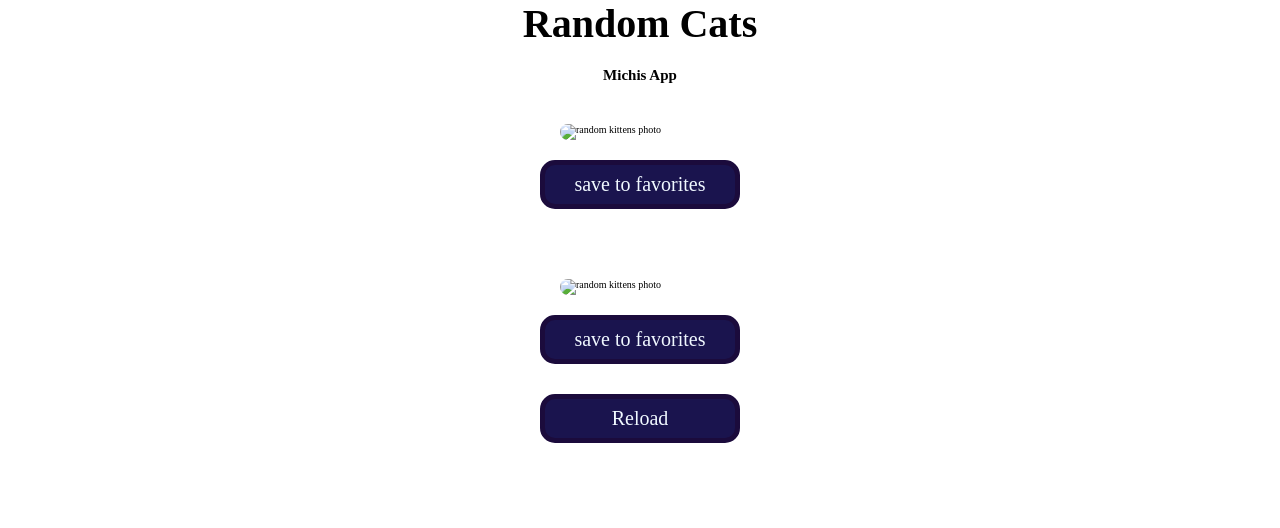
Repository: elto82/ConsumoAPIRESTjs
Page: index.html
An editor plug-in stored every save of this project. The page is shown before and after the next save, followed by the edit.
The browser window is 1280 px wide. The pictures show the whole page.
The page's requests for data from a server got no answer.

Above is the page before, as saved 2022-07-03 20:18:33.

After the next save:
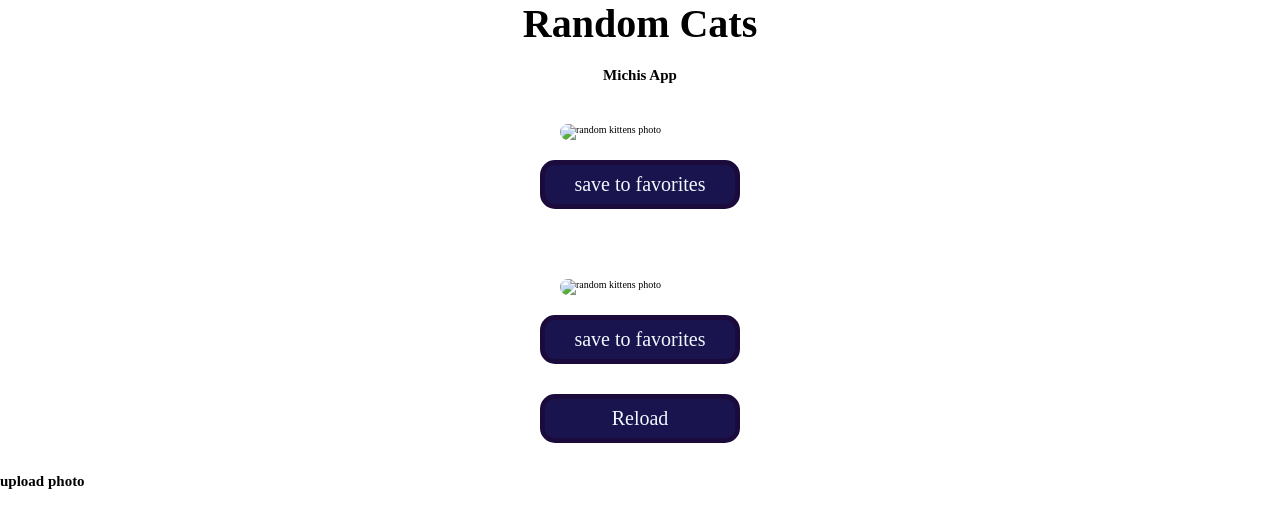
Saved 81 s later.
--- a/index.html
+++ b/index.html
@@ -39,6 +39,7 @@
   </section>
 
   <section id="uploadingMichi">
+    <h2>upload photo</h2>
 
   </section>
   <script src="./main.js"></script>
